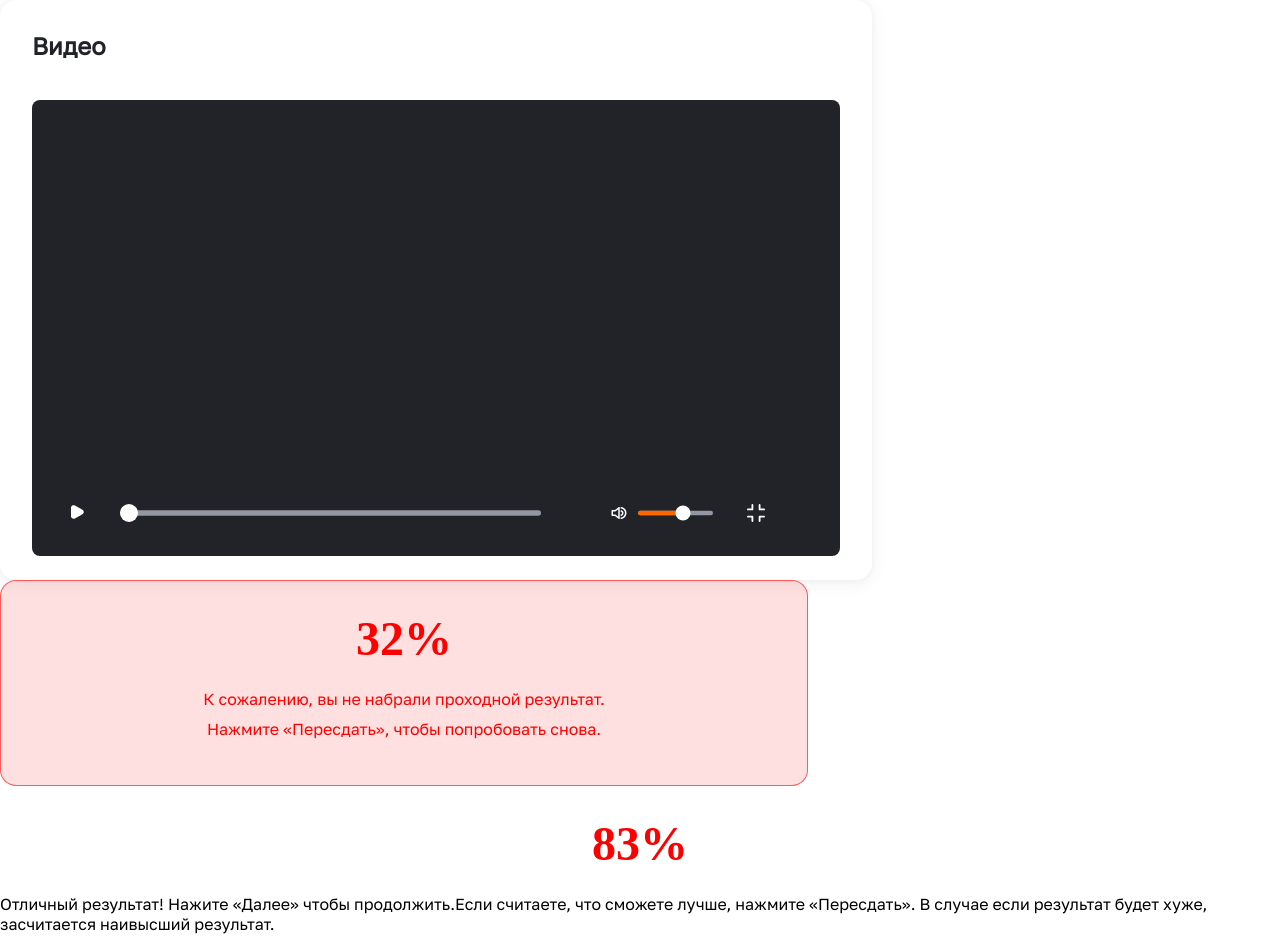
Repository: RuslanSR2424/Group5_LizaAlert
Page: index.html
The author's editor kept a copy of each file at every save. The page is drawn from the files as they stood at one save, then again after the next save.
The browser window is 1280 px wide. The pictures show the whole page.

Above is the page before, as saved 2022-03-09 17:11:45.

### index.html
<!DOCTYPE html>
<html lang="en">

<head>
    <meta charset="UTF-8">
    <meta http-equiv="X-UA-Compatible" content="IE=edge">
    <meta name="viewport" content="width=device-width, initial-scale=1.0">
    <link rel="stylesheet" href="./pages/index.css" />
    <title>Document</title>
</head>

<body class="root">
    <section class="video">
        <h2 class="video__title">
            Видео
        </h2>
        <div class="video__player">
            <img class="video__button video__button_type_play" src="./images/video/start.svg">
            <img class="video__button video__button_type_timeline" src="./images/video/timeline.svg">
            <img class="video__button video__button_type_sound-icon" src="./images/video/sound-icon.svg">
            <img class="video__button video__button_type_sound" src="./images/video/sound.svg">
            <img class="video__button video__button_type_size" src="./images/video/size.svg">
        </div>
    </section>
    <section class="results">
        <div class="results__bad">
            <h2 class="results__score">32%</h2>
            <p class="result__text result__text_type_bad">К сожалению, вы не набрали проходной результат.</p>
            <p class="result__text result__text_type_bad">Нажмите «Пересдать», чтобы попробовать снова.</p>
        </div>
        <div class="results__good">
            <h2 class="results__score">83%</h2>
            <p class="result__text result__text_type_good">Отличный результат!
                Нажите «Далее» чтобы продолжить.Если считаете, что сможете лучше, нажмите «Пересдать». В случае если результат будет хуже, засчитается наивысший результат.</p>
        </div>
    </section>
</body>

</html>

### pages/index.css
@import url(../fonts/fonts.css);
@import url(../blocks/root/root.css);

/* video */

@import url(../blocks/video/video.css);
@import url(../blocks/video/__button/video__button.css);
@import url(../blocks/video/__button/_type/video__button_type_play.css);
@import url(../blocks/video/__button/_type/video__button_type_sound.css);
@import url(../blocks/video/__button/_type/video__button_type_timeline.css);
@import url(../blocks/video/__button/_type/video__button_type_size.css);
@import url(../blocks/video/__button/_type/video__button_type_sound-icon.css);
@import url(../blocks/video/__player/video__player.css);
@import url(../blocks/video/__title/video__title.css);

/* results */

@import url(../blocks/results/results.css);
@import url(../blocks/results/__bad/results__bad.css);
@import url(../blocks/results/__good/results__good.css);
@import url(../blocks/results/__score/results__score.css);
@import url(../blocks/results/__text/results__text.css);
@import url(../blocks/results/__text/_type/result__text_type_bad.css);
@import url(../blocks/results/__text/_type/result__text_type_good.css);

### fonts/fonts.css
@font-face {
  font-family: "GolosTextWebRegular";
  src: url(./golos/Golos-Text_Regular.woff2) format("woff2"),
    url(./golos/Golos-Text_Regular.woff) format("woff");
  font-weight: normal;
  font-style: normal;
}
@font-face {
  font-family: "GolosTextWebBold";
  src: url(./golos/Golos-Text_Bold.woff2) format("woff2"),
    url(./golos/Golos-Text_Bold.woff) format("woff");
  font-weight: normal;
  font-style: normal;
}

### blocks/root/root.css
.root {
  margin: 0;
  padding: 0;
  font-family: "GolosTextWebRegular";
}

### blocks/video/video.css
.video {
  height: 580px;
  width: 872px;
  display: flex;
  flex-direction: column;
  background: #ffffff;
  box-shadow: 0px 0px 4px rgba(231, 232, 235, 0.6),
    0px 4px 16px rgba(231, 232, 235, 0.6);
  border-radius: 16px;
}

### blocks/video/__button/video__button.css
.video__button{
    height: 18px;
}

### blocks/video/__button/_type/video__button_type_play.css
.video__button_type_play {
    margin: 0 0 35px 36px;
}

### blocks/video/__button/_type/video__button_type_sound.css
.video__button_type_sound{
    margin: 0 0 34px 10px;
}

### blocks/video/__button/_type/video__button_type_timeline.css
.video__button_type_timeline{
    margin: 0 35px 34px 34px;
}

### blocks/video/__button/_type/video__button_type_size.css
.video__button_type_size{
    margin: 0 34px 34px 34px;
}

### blocks/video/__button/_type/video__button_type_sound-icon.css
.video__button_type_sound-icon{
    margin: 0 0 34px 34px;
}

### blocks/video/__player/video__player.css
.video__player {
  height: 456px;
  width: 808px;
  background-color: #212329;
  display: flex;
  flex-direction: row;
  align-items: flex-end;
  border-radius: 8px;
  margin: auto;
}

### blocks/video/__title/video__title.css
.video__title {
  font-family: "GolosTextWebRegular";
  font-style: normal;
  font-weight: 700;
  font-size: 24px;
  line-height: 28px;
  color: #212329;
  margin: 32px 32px 16px 32px;
}

### blocks/results/results.css
.results{}

### blocks/results/__bad/results__bad.css
.results__bad {
  display: flex;
  flex-direction: column;
  align-items: center;

  width: 808px;
  height: 206px;

  background: rgba(255, 0, 0, 0.12);
  border: 1.2px solid rgba(255, 0, 0, 0.6);
  box-sizing: border-box;
  border-radius: 16px;
}

### blocks/results/__good/results__good.css
.results__good{

}

### blocks/results/__score/results__score.css
.results__score {
  font-family: "Golos";
  font-style: normal;
  font-weight: bold;
  font-size: 48px;
  line-height: 52px;
  text-align: center;
  margin: 32px 64px 24px 64px;

  color: #FF0000;
}

### blocks/results/__text/results__text.css
.results__text {
  font-family: "GolosTextWebRegular";
  font-style: normal;
  font-weight: normal;
  font-size: 18px;
  line-height: 24px;
  text-align: center;
}

### blocks/results/__text/_type/result__text_type_bad.css
.result__text_type_bad {
  color: #ff0000;
  width: 680px;
  text-align: center;
  margin: 0 0 10px 0;
}

### blocks/results/__text/_type/result__text_type_good.css
.result__text_type_good{}

After the next save:
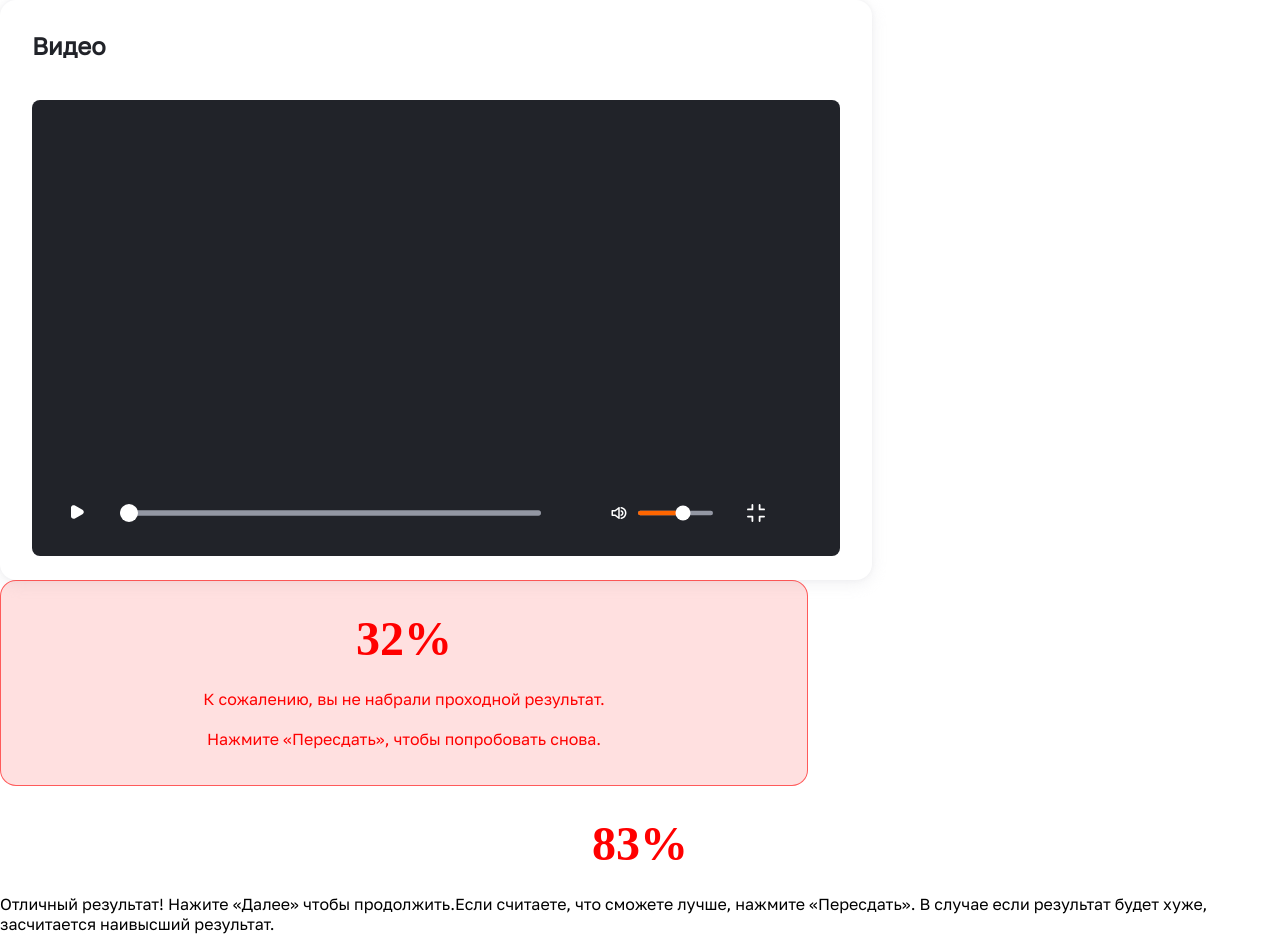
Saved 10 s later.
--- a/blocks/results/__text/_type/result__text_type_bad.css
+++ b/blocks/results/__text/_type/result__text_type_bad.css
@@ -2,5 +2,5 @@
   color: #ff0000;
   width: 680px;
   text-align: center;
-  margin: 0 0 10px 0;
+  margin: 0 0 20px 0;
 }
